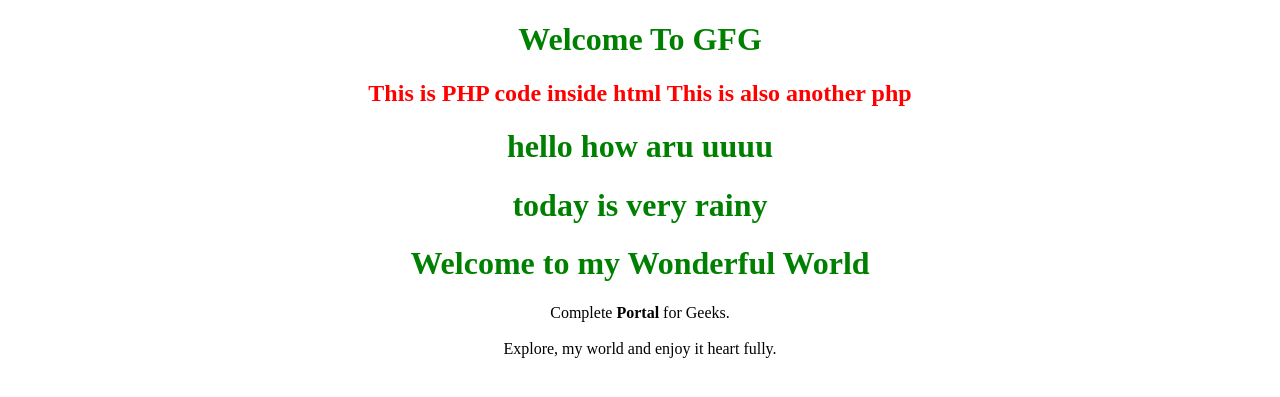
Repository: aashlinrajan/PHPprojectGH
Page: http://localhost/example1.php
An editor plug-in stored every save of this project. The page is shown before and after a run of saves, followed by the edit.
The browser window is 1280 px wide. The pictures show the whole page.
The page is run by PHP 8.4 with error messages shown; the project is at /var/www/html/.

Above is the page before, as saved 2022-12-14 11:15:06.

### example1.php
<!DOCTYPE html>
<html>

<head>
    <style>
        h1 {
            color: green;
        }
    </style>
</head>

<body>
    <center>
        <h1>Welcome To GFG</h1>

        <h2>
            <?php
            echo "This is PHP code inside html";
            echo " This is also another php";
            echo "<h1> hello how aru uuuu<h1>";
            echo "<h1> today is very rainy<h1>";
            ?>
        </h2>
    </center>
</body>

</html>
<!DOCTYPE html>
<html>

<head>
    <style>
        h2 {
            color: red;
        }
    </style>
</head>

<body>
    <center>
        <h1>Welcome  to my Wonderful World</h1>

        <p>
<?php
echo "Complete <strong>Portal</strong> for Geeks."
?>
        <br><br>
        <?php
        echo 'Explore, my world and enjoy it heart fully.'
        ?>
        </p>
    </center>
</body>

</html>

After the next 2 saves:
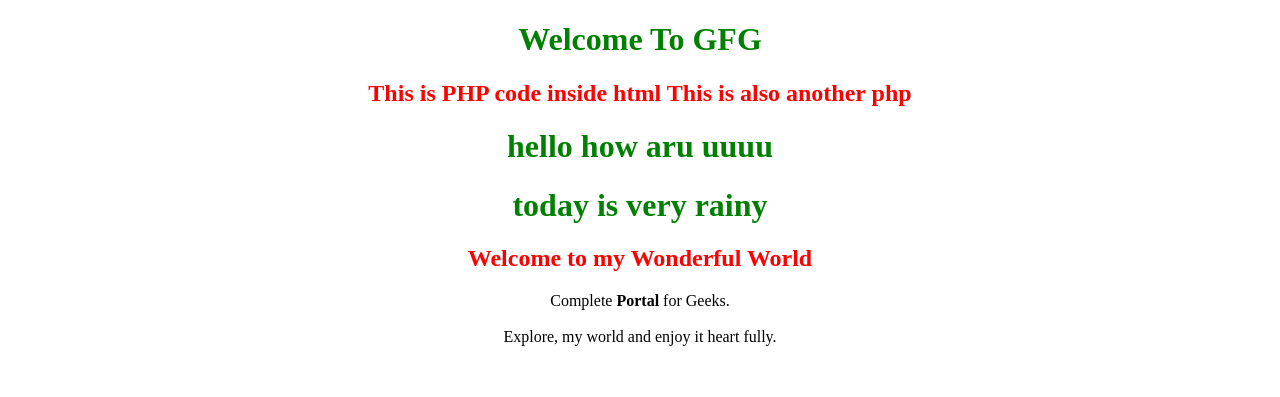
The 2 saves are shown as one change because they came seconds apart.
The last was saved 23 s later.
--- a/example1.php
+++ b/example1.php
@@ -38,7 +38,7 @@
 
 <body>
     <center>
-        <h1>Welcome  to my Wonderful World</h1>
+        <h2>Welcome  to my Wonderful World</h2>
 
         <p>
 <?php
